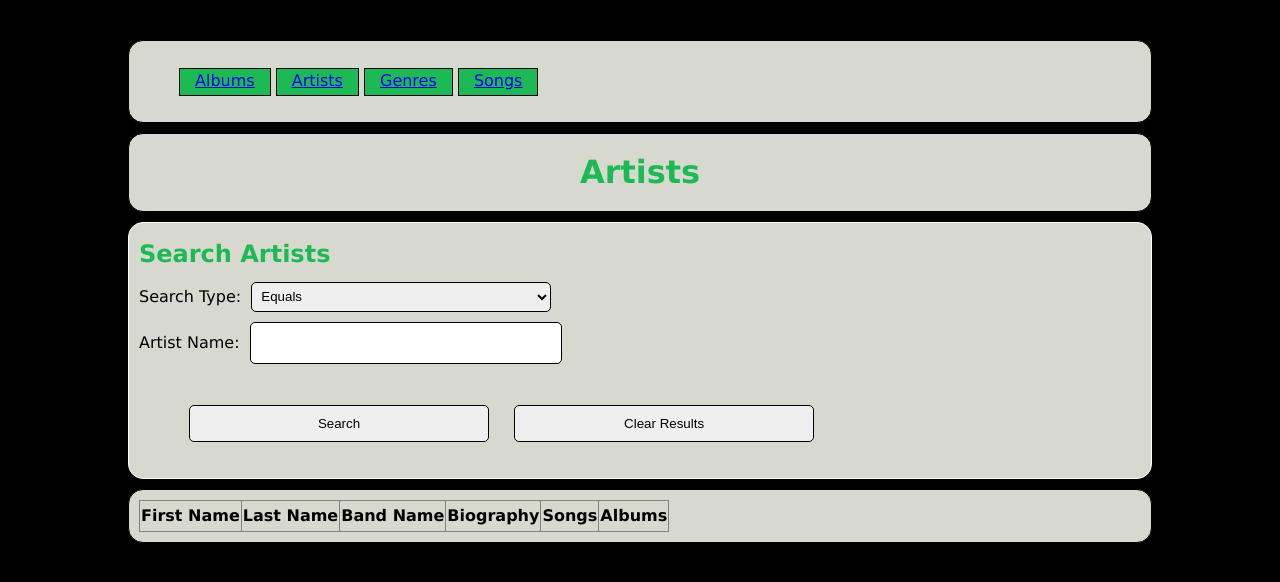
Repository: RRGTHWAR/bkg16_INFSCI1017
Page: bkg16_Music_FinalProject/WebContent/artist.html
The author's editor kept a copy of each file at every save. The page is drawn from the files as they stood at one save, then again after the next save.
The browser window is 1280 px wide. The pictures show the whole page.

Above is the page before, as saved 2019-04-18 01:31:30.

### bkg16_Music_FinalProject/WebContent/artist.html
<!DOCTYPE html>
<html>
<head>
<meta charset="UTF-8">
<title>Artists</title>
<link href="css/style.css" rel="stylesheet" type="text/css" />
<script src="js/jquery-3.3.1.min.js"></script>
</head>
<body>
	<div id="navBar">
		<ul>
			<li><a href="album.html" title="Albums">Albums</a></li>
			<li><a href="artist.html" title="Artists">Artists</a></li>
			<li><a href="genre.html" title="Genres">Genres</a></li>
			<li><a href="song.html" title="Songs">Songs</a></li>
		</ul>
	</div>
	<h1 id="mainHeader" >Artists</h1>
	<div id="artistSearch" class="searchBox" >
		<h2>Search Artists</h2>
		<div>
			Search Type:
			<select name="searchType" id="searchType" class="textField">
				<option value="equals">Equals</option>
				<option value="begins">Begins</option>
				<option value="ends">Ends</option>
				<option value="contains">Contains</option>
				<option value="">All</option>
			</select>
		</div>
		<div>
			Artist Name: <input type="text" id="artistName" name="artistName" value="" class="textField" />
		</div>
		<div id="btns" >
			<ul>
				<li><input type="button" id="btnSearch" name="btnSubmit" class="actButton" value="Search" /></li>
				<li><input type="button" id="btnClear" name ="btnClear" class="actButton" value="Clear Results" /></li>
			</ul>
		</div>
	</div>

	<div id="searchResults">
		<div id="targetName" ></div>
		<table border="1" id="tblSearchResults">
			<tr>
				<th>First Name</th>
				<th>Last Name</th>
				<th>Band Name</th>
				<th>Biography</th>
				<th>Songs</th>
				<th>Albums</th>
			</tr>
		</table>
	</div>

	</body>
	<script>

		$(document).ready(function (){

			// Check for song ID in address (which would mean the page was reached via a song link).
			// If song ID exists, retrieve song title via SongWS.
			if (window.location.href.indexOf("?songID=") > -1) {
				var addy = window.location.href;
				var songID = addy.substring(addy.indexOf("=") + 1);
				var songTitle = ""
					var url = "SongWS?songID=" + songID;
					$.get(url, function(resp) {
						songTitle = resp.title;
						// Add h2 with song title.
						var targetName = "<h2>Song Title: " + songTitle + "</h2>";
						$("#targetName").append(targetName);
					});
				// Pull list of artists associated with target song.
				var url = "ArtistListWS?songID=" + songID;
				$.get(url, function(resp){
					parseArtistData(resp);
				})
			};

			// Check for album ID in address (which would mean the page was reached via an album link).
			// If song ID exists, retrieve song title via SongWS.
			if (window.location.href.indexOf("?albumID=") > -1) {
				var addy = window.location.href;
				var albumID = addy.substring(addy.indexOf("=") + 1);
				var albumTitle = ""
					var url = "AlbumWS?albumID=" + albumID;
					$.get(url, function(resp) {
						albumTitle = resp.title;
						// Add h2 with album title.
						var targetName = "<h2>Album Title: " + albumTitle + "</h2>";
						$("#targetName").append(targetName);
					});
				// Pull list of artists associated with target album.
				var url = "ArtistListWS?albumID=" + albumID;
				$.get(url, function(resp){
					parseArtistData(resp);
				})
			};

			// Load "Clear" button functionality.
			$("#btnClear").click(function (){
				clearResultsTable();
			});

			// Load "Search" button functionality.
			$("#btnSearch").click(function (){
				search();
			});

			// Autocomplete listener that activates if more than two characters have bene entered in search term field.
			$("#artistName").keyup(function(){
				var keyPressed = $("#artistName").val();
				if(keyPressed.length > 2) {
					search();
				} else {
					clearResultsTable();
				}
			});
		});

		// Main search function.
		function search(optSearchType) {
			clearResultsTable();
			var artistName = $("#artistName").val();
			var searchType = "";
			// Logic for dealing with optional parameters.
			if(optSearchType === undefined) {
				var searchType = $("#searchType").val();
			} else{
				searchType = optSearchType;
			}
			var url = "ArtistListWS?artistName=" + artistName + "&searchType=" + searchType;
			$.get(url, function(resp){
				parseArtistData(resp);
			})
		}

		function parseArtistData(data){
			var result = "";

			for(var i=0; i < data.length; i++) {
				var tr = $("<tr></tr>"); //Created empty html table row

				//First data cell
				var td = $("<td></td>"); //Created empty html table data
				td.html(data[i].first_name);
				tr.append(td);

				//Second data cell
				td = $("<td></td>");
				td.html(data[i].last_name);
				tr.append(td);

				//Third data cell
				td = $("<td></td>");
				td.html(data[i].band_name);
				tr.append(td);

				//Fourth data cell
				td = $("<td></td>");
				td.html(data[i].bio);
				tr.append(td);

				//Fifth data cell
				td = $("<td class='songLink'></td>");
				var link = "<a href='song.html?artistID=" + data[i].artist_id + "'>View Songs</a>";
				td.html(link);
				tr.append(td);

				//Sixth data cell
				td = $("<td class='albumLink'></td>");
				var link = "<a href='album.html?artistID=" + data[i].artist_id + "'>View Albums</a>";
				td.html(link);
				tr.append(td);

				//Append row to table
				$("#tblSearchResults").append(tr);
			}

		}

		// Function to clear results table when necessary.
		// Source: https://stackoverflow.com/questions/2620181/clear-table-jquery
		function clearResultsTable() {
			$("#tblSearchResults td").parent().remove();
			$("#targetName").remove();
		}

		// Function to make pressing "Enter" the same as clicking "Search."
		//Source: https://memorynotfound.com/detect-enter-keypress-javascript-jquery/
		$(document).keypress(function(e) {
			var keycode = (e.keyCode ? e.keyCode : e.which);
			if (keycode == '13') {
				$("#btnSearch").click();
			}
		});

	</script>
</html>

### bkg16_Music_FinalProject/WebContent/css/style.css
@charset "UTF-8";

html, body {
	background-color: black;
}

body {
	font-family: Verdana, Geneva, sans-serif;
	font-size: 100%;
	width: 80%;
	margin-right: auto;
	margin-left: auto;
	padding: 2.5% 2.5% 0;
	line-height: 1.8;
}

h1, h2, h3, h4, h5, h6, p {
	margin: 0;
	padding: 0;
}

h1, h2, h3, h4, h5, h6 {
	color: #1DB954;
}

p {
	margin-bottom: 1em;
}

#navBar {
	background-color: #D7D9CE;
	border: 1px solid #000;
	padding: 10px;
	border-radius: 15px;
}

#navBar ul li {
	background-color: #1DB954;
	margin-left: 0;
	margin-bottom: 10px;
	padding: 2px 15px 5px;
	border: 1px solid #000;
	list-style: none;
	display: inline;
}

#mainHeader {
	background-color: #D7D9CE;
	border: 1px solid #000;
	padding: 10px;
	margin-top: 10px;
	border-radius: 15px;
	text-align: center;
}

.searchBox {
	background-color: #D7D9CE;
	border: 1px solid #FFF;
	padding: 10px;
	margin-top: 10px;
	border-radius: 15px;
	margin-bottom: 10px;
}

.textField {
	border: 1px solid #000;
	border-radius: 5px;
	padding: 5px;
	margin: 5px;
	width: 300px;
	height: 30px;
}

#searchResults {
	background-color: #D7D9CE;
	border: 1px solid #000;
	padding: 10px;
	margin-top: 10px;
	border-radius: 15px;
	display: block;
	margin: 0 auto;
}

#btns ul li {
	padding: 10px;
	margin-top: 10px;
	border-radius: 15px;
	text-align: center;
	list-style: none;
	display: inline-block;
}

input[type=button] {
	border: 1px solid #000;
	padding: 10px;
	border-radius: 5px;
	display: inline-block;
	margin: 0 auto;
	width: 300px;
}

#tblSearchResults {
	border-collapse: collapse;
}

#tblSearchResults tr th td {
	border: 1px solid #000;
	padding: 5px;
	border-collapse: collapse;
	display: inline-block;
	margin: 0 auto;
	text-align: center;
}

Loaded but not shown: bkg16_Music_FinalProject/WebContent/js/jquery-3.3.1.min.js (library)

After the next save:
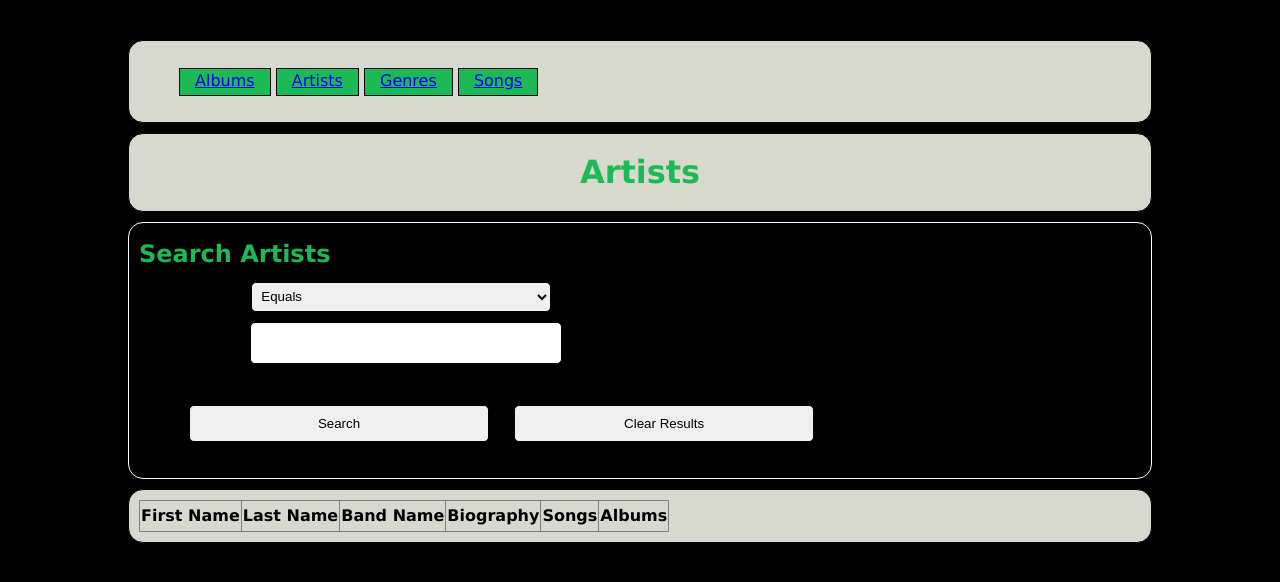
Saved 12 s later.
--- a/bkg16_Music_FinalProject/WebContent/css/style.css
+++ b/bkg16_Music_FinalProject/WebContent/css/style.css
@@ -54,7 +54,7 @@
 }
 
 .searchBox {
-	background-color: #D7D9CE;
+	background-color: black;
 	border: 1px solid #FFF;
 	padding: 10px;
 	margin-top: 10px;
